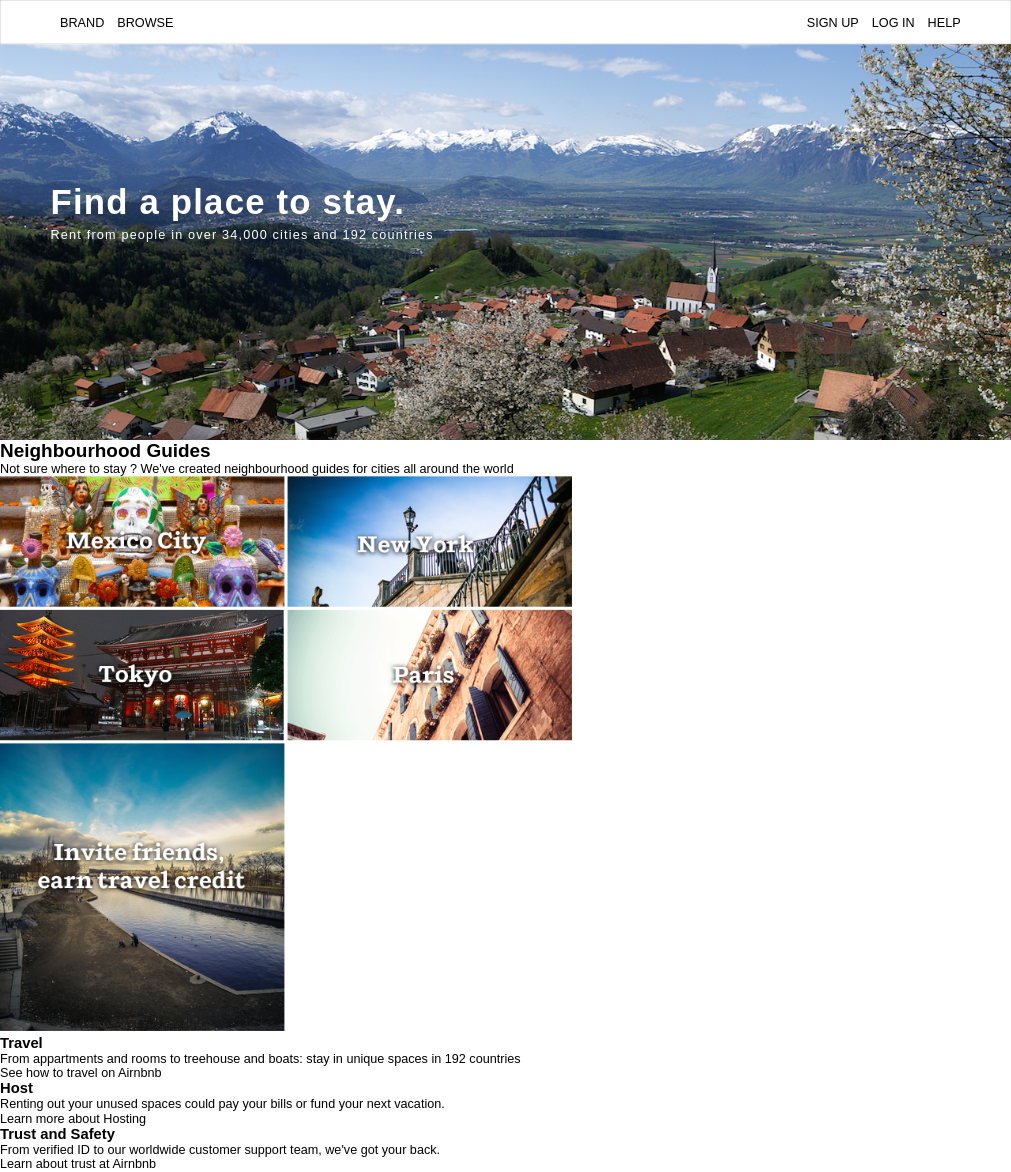
Repository: Naohonproject/web101x02_asm1
Page: Project2.html
These files come from the project's save history. The page is drawn as it stood at one moment and after the next save; the edit follows.
The browser window is 1280 px wide. The pictures show the whole page, at 79% of full size.

Above is the page before, as saved 2022-01-15 18:36:18.

### Project2.html
<!-- @format -->

<!DOCTYPE html>
<html lang="en">
	<head>
		<meta charset="UTF-8" />
		<meta http-equiv="X-UA-Compatible" content="IE=edge" />
		<meta name="viewport" content="width=device-width, initial-scale=1.0" />
		<link rel="stylesheet" href="./assets/css/style.css" />
		<link rel="stylesheet" href="./assets/css/responsive.css" />
		<title>Homepage</title>
	</head>
	<body>
		<div id="header">
			<div class="header-wrapper">
				<div class="nav-bar">
					<ul class="left-nav pull-left">
						<li>Brand</li>
						<li>Browse</li>
					</ul>
					<ul class="right-nav pull-right">
						<li><a href="Signup.html">Sign Up</a></li>
						<li><a href="login.html" target="_blank">Log In</a></li>
						<li>Help</li>
					</ul>
				</div>
			</div>
		</div>

		<div id="banner">
			<div class="banner-wrapper">
				<div class="banner-text-content">
					<div class="content-heading">
						<h1 class="white-text">Find a place to stay.</h1>
					</div>
					<div class="content-desc">
						<p class="white-text">
							Rent from people in over 34,000 cities and 192 countries
						</p>
					</div>
				</div>
			</div>
		</div>

		<div id="content">
			<div class="content-wrapper">
				<div class="content-heading">
					<h2>Neighbourhood Guides</h2>
					<p>
						Not sure where to stay ? We've created neighbourhood guides for
						cities all around the world
					</p>
				</div>
				<div class="content-images-table">
					<div>
						<img
							src="./assets/img/web101x-Mexico City.png"
							alt="Mexico City"
							width="360"
						/>
						<img
							src="./assets/img/web101x-New York.png"
							alt="New York City"
							width="360"
						/>
					</div>
					<div>
						<img
							src="./assets/img/web101x-Tokyo.png"
							alt="Tokyo City"
							width="360"
						/>
						<img
							src="./assets/img/web101x-Paris.png"
							alt="Paris City"
							width="360"
						/>
					</div>
					<div>
						<img
							src="./assets/img/web101x-Invitation.png"
							alt="Invitation image"
							width="360"
						/>
					</div>
				</div>
			</div>
		</div>

		<div id="footer">
			<div class="footer-wrapper">
				<div class="footer-block">
					<h3>Travel</h3>
					<p>
						From appartments and rooms to treehouse and boats: stay in unique
						spaces in 192 countries
					</p>
					<a href="#">See how to travel on Airnbnb</a>
				</div>

				<div class="footer-blockr">
					<h3>Host</h3>
					<p>
						Renting out your unused spaces could pay your bills or fund your
						next vacation.
					</p>
					<a href="#">Learn more about Hosting</a>
				</div>

				<div class="footer-block">
					<h3>Trust and Safety</h3>
					<p>
						From verified ID to our worldwide customer support team, we've got
						your back.
					</p>
					<a href="#">Learn about trust at Airnbnb</a>
				</div>
			</div>
		</div>
	</body>
</html>

### assets/css/style.css
/** @format */

/* common */

/* reset css */
* {
	box-sizing: border-box;
	padding: 0;
	margin: 0;
	text-decoration: none;
	color: #000;
}

/* row style */
.row {
}
/* collumn style */
.col {
}

.col-haft {
}

.col-third {
}

.align-center {
}
/* Set text lineweight to Bold */
.bold-text {
}
.white-text {
	color: #fff !important;
}
.btn-hover {
}

.pull-left {
	float: left !important;
}

.pull-right {
	float: right !important;
}

/* specific */

html {
	font-family: Arial, Helvetica, sans-serif;
}

/* start styling header */
#header {
	height: 56px;
	width: 100%;
	background-color: #fff;
	background-clip: border-box;
	box-shadow: 0 0 2px grey inset;
	color: #000;
	font-size: 16px;
	text-transform: uppercase;
	font-weight: 500;
	position: fixed;
	top: 0;
	left: 0;
}

#header li {
	display: inline-block;
	margin-left: 12px;
}

.header-wrapper {
	padding: 20px 64px;
}
/* end styling header */

/* start styling banner */
#banner {
	width: 100%;
	margin-top: 56px;
	padding-top: 39.123607%;
	background: url(../img/banner/banner.png) top center / cover no-repeat;
	background-origin: border-box;
	position: relative;
	top: 0;
	left: 0;
}

.banner-text-content {
	position: absolute;
	top: 35%;
	left: 64px;
}

#banner .content-heading,
#banner .content-desc {
	margin-bottom: 8px;
	letter-spacing: 1.5px;
}
 {
}

#banner h1 {
	font-size: 44px;
}

Loaded but not shown: assets/css/responsive.css (no stored copy; drawn as an empty file)

After the next save:
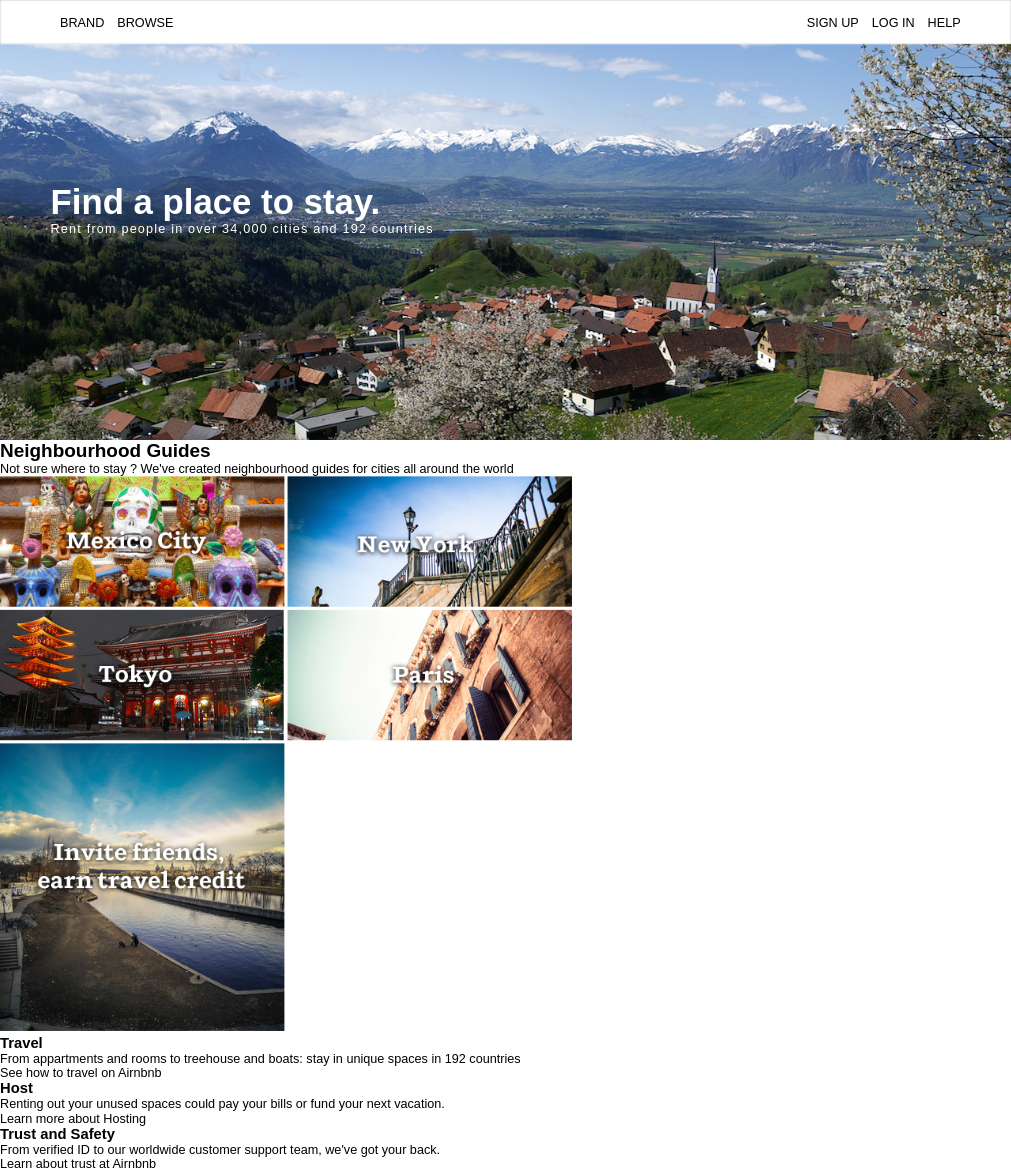
Saved 41 s later.
--- a/assets/css/style.css
+++ b/assets/css/style.css
@@ -94,6 +94,8 @@ html {
 }
 
 #banner .content-heading,
+.content-desc {
+}
 #banner .content-desc {
 	margin-bottom: 8px;
 	letter-spacing: 1.5px;
